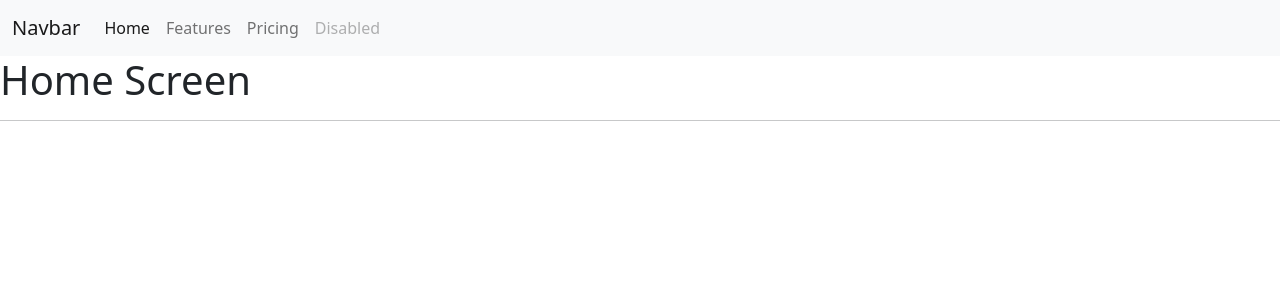
Repository: ppfeliuu/hooks-app
Page: /
These files come from the project's save history. The page is drawn as it stood at one moment and after the next save; the edit follows.
The browser window is 1280 px wide. The pictures show the whole page.
The project was rebuilt for these pictures with package versions that can differ from the ones it lists, and the page was loaded fresh each time. A package was used in the major version that the imports need, not the one package.json lists. Also part of the build but not shown: src/components/09-useContext/AboutScreen.js, src/components/09-useContext/LoginScreen.js.

Above is the page before, as saved 2021-05-30 13:58:35.

After the next save:
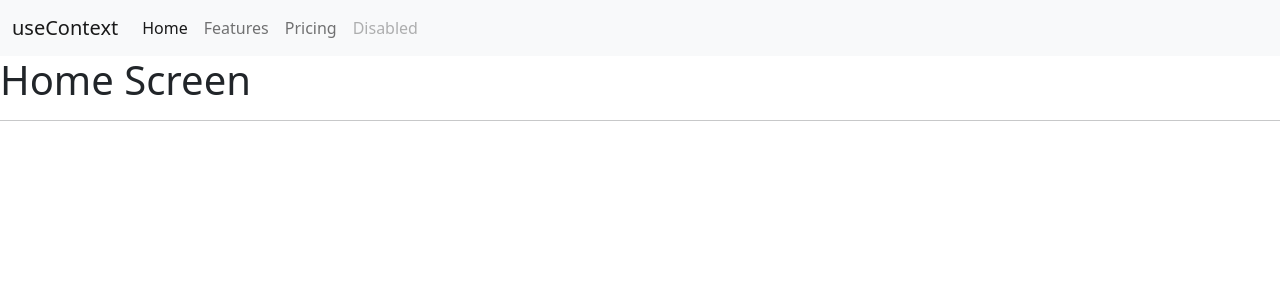
Saved 11 s later.
--- a/src/components/09-useContext/NavBar.js
+++ b/src/components/09-useContext/NavBar.js
@@ -6,7 +6,7 @@ export const NavBar = () => {
     <nav className="navbar navbar-expand-lg navbar-light bg-light">
       <div className="container-fluid">
         <a className="navbar-brand" href="#">
-          Navbar
+          useContext
         </a>
 
         <div className="collapse navbar-collapse" id="navbarNav">
